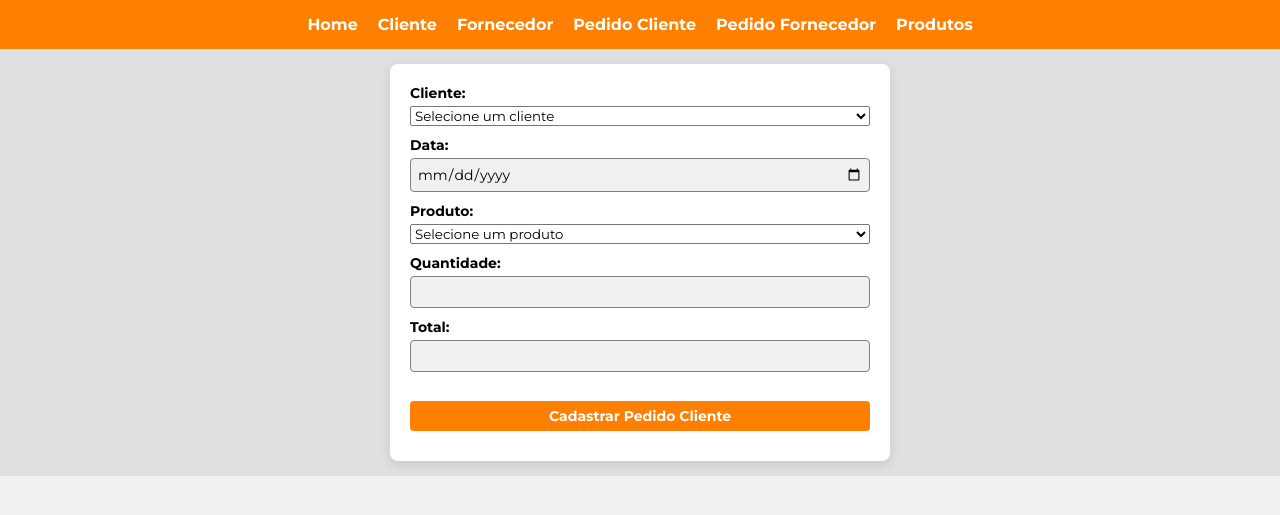
Repository: walterdmp/JavaWeb_BartoBotinas
Page: http://localhost/BartoBotinas/cadastrarPedidoCliente.jsp
An editor plug-in stored every save of this project. The page is shown before and after the next save, followed by the edit.
The browser window is 1280 px wide. The pictures show the whole page.
The page is served by Tomcat 9. The template is opened directly, without the code that normally fills it, so the values that code supplies are empty.

Above is the page before, as saved 2024-07-31 19:49:48.

After the next save:
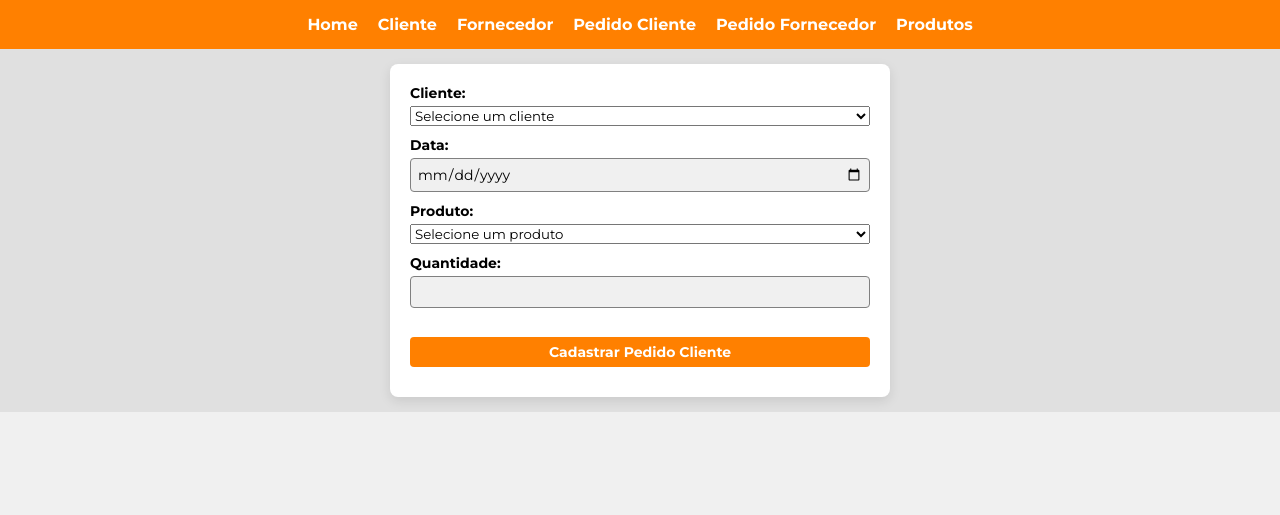
Saved 62 s later.
--- a/BartoBotinas/WebContent/cadastrarPedidoCliente.jsp
+++ b/BartoBotinas/WebContent/cadastrarPedidoCliente.jsp
@@ -47,10 +47,6 @@
 				<label for="quantidade"><strong>Quantidade:</strong></label> <input
 					type="number" id="quantidade" name="quantidade" required>
 			</div>
-			<div>
-				<label for="total"><strong>Total:</strong></label> <input
-					type="number" step="0.01" id="total" name="total" required>
-			</div>
 			<br>
 			<div>
 				<input id="bartoButton" type="submit" name="salvar"
